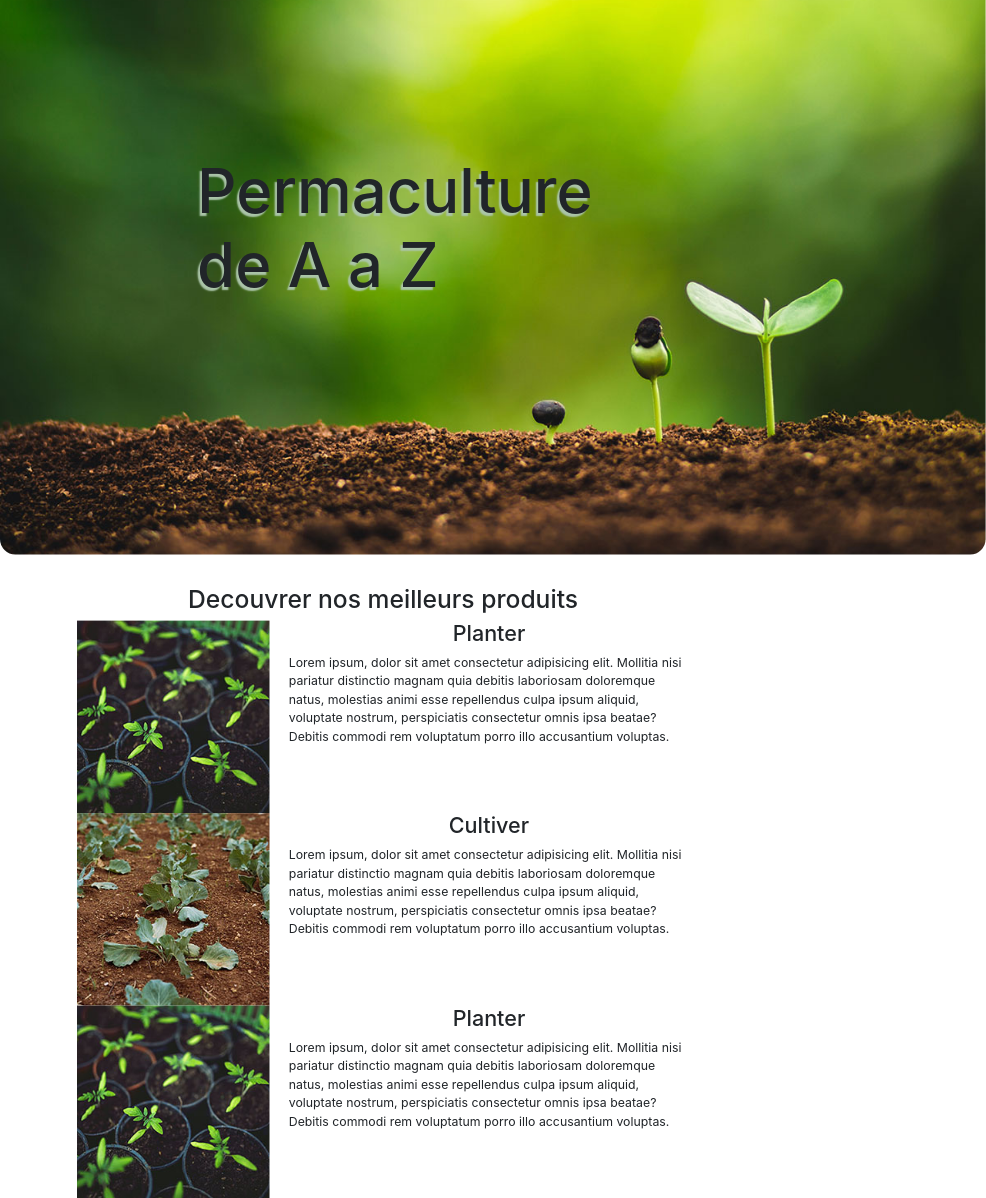
Repository: ahthionkevin/permaculture
Page: index.html
These files come from the project's save history. The page is drawn as it stood at one moment and after the next save; the edit follows.
The browser window is 1280 px wide. The pictures show the whole page, at 77% of full size.

Above is the page before, as saved 2021-07-06 21:42:57.

### index.html
<!DOCTYPE html>
<html lang="fr">
<head>
    <meta charset="UTF-8">
    <meta http-equiv="X-UA-Compatible" content="IE=edge">
    <meta name="viewport" content="width=device-width, initial-scale=1.0">
    <title>Document</title>
    <link rel="stylesheet" href="./bootstrap.css">
    <link rel="stylesheet" href="./style.css">
</head>
<body>
    <header>
        <h1>Permaculture <br>de A a Z</h1>
    </header>
    <div class="container">
        <div class="row">
            <div class="col-lg-9" id="leftPart">
                <h2>Decouvrer nos meilleurs produits</h2>
                <div class="container">
                    <div class="row element">
                        <div class="col-sm-4">
                            <img src="./media/planter.jpg" alt="planter">
                        </div>
                        <div class="col-sm-8">
                            <h3>Planter</h3>
                            <p>Lorem ipsum, dolor sit amet consectetur adipisicing elit. Mollitia nisi pariatur distinctio magnam quia debitis laboriosam doloremque natus, molestias animi esse repellendus culpa ipsum aliquid, voluptate nostrum, perspiciatis consectetur omnis ipsa beatae? Debitis commodi rem voluptatum porro illo accusantium voluptas.</p>
                        </div>
                    </div>

                    <div class="row element">
                        <div class="col-sm-4">
                            <img src="./media/cultiver.jpg" alt="cultiver">
                        </div>
                        <div class="col-sm-8">
                            <h3>Cultiver</h3>
                            <p>Lorem ipsum, dolor sit amet consectetur adipisicing elit. Mollitia nisi pariatur distinctio magnam quia debitis laboriosam doloremque natus, molestias animi esse repellendus culpa ipsum aliquid, voluptate nostrum, perspiciatis consectetur omnis ipsa beatae? Debitis commodi rem voluptatum porro illo accusantium voluptas.</p>
                        </div>
                    </div>

                    <div class="row element">
                        <div class="col-sm-4">
                            <img src="./media/planter.jpg" alt="planter">
                        </div>
                        <div class="col-sm-8">
                            <h3>Planter</h3>
                            <p>Lorem ipsum, dolor sit amet consectetur adipisicing elit. Mollitia nisi pariatur distinctio magnam quia debitis laboriosam doloremque natus, molestias animi esse repellendus culpa ipsum aliquid, voluptate nostrum, perspiciatis consectetur omnis ipsa beatae? Debitis commodi rem voluptatum porro illo accusantium voluptas.</p>
                        </div>
                    </div>
                </div>
            </div>
            <div class="col-lg-3" id="rightPart">

            </div>
        </div>
    </div>

</body>
</html>

### style.css
html{
    scroll-behavior: smooth;
}

h2, h3, h4, .nav-item, #transition, footer{
    text-align: center;
}

header{
    background: url(./media/main.jpg) no-repeat 50% 50%;
    background-size: cover;
    height: 100vh;
    border-radius: 0 0 20px 20px;
    margin-bottom: 40px;
}

h1{
    font-size: 5rem;
    padding: 200px 0 0 20%;
    text-shadow: -3px 3px 2px #abc5a9;
    animation: titre ease 3.5s;
}

@keyframes titre {
    0%{
        opacity: 0;
        transform: translate(0px,180px);
    }
    100%{
        opacity: 1;
        transform: translate(0px,0px);
    }
}

Loaded but not shown: bootstrap.css (library)

After the next save:
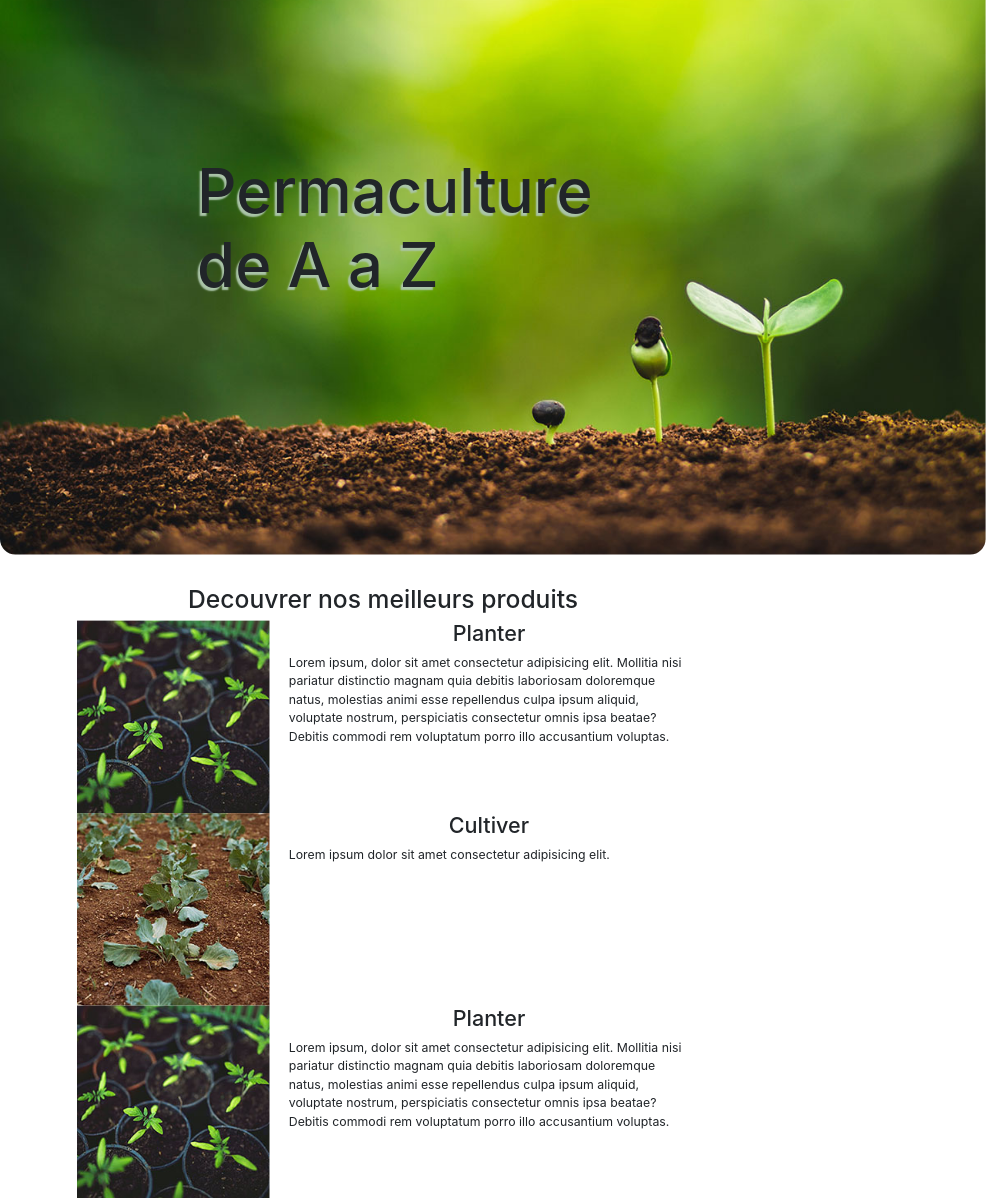
Saved 25 s later.
--- a/index.html
+++ b/index.html
@@ -33,7 +33,7 @@
                         </div>
                         <div class="col-sm-8">
                             <h3>Cultiver</h3>
-                            <p>Lorem ipsum, dolor sit amet consectetur adipisicing elit. Mollitia nisi pariatur distinctio magnam quia debitis laboriosam doloremque natus, molestias animi esse repellendus culpa ipsum aliquid, voluptate nostrum, perspiciatis consectetur omnis ipsa beatae? Debitis commodi rem voluptatum porro illo accusantium voluptas.</p>
+                            <p>Lorem ipsum dolor sit amet consectetur adipisicing elit.</p>
                         </div>
                     </div>
 
